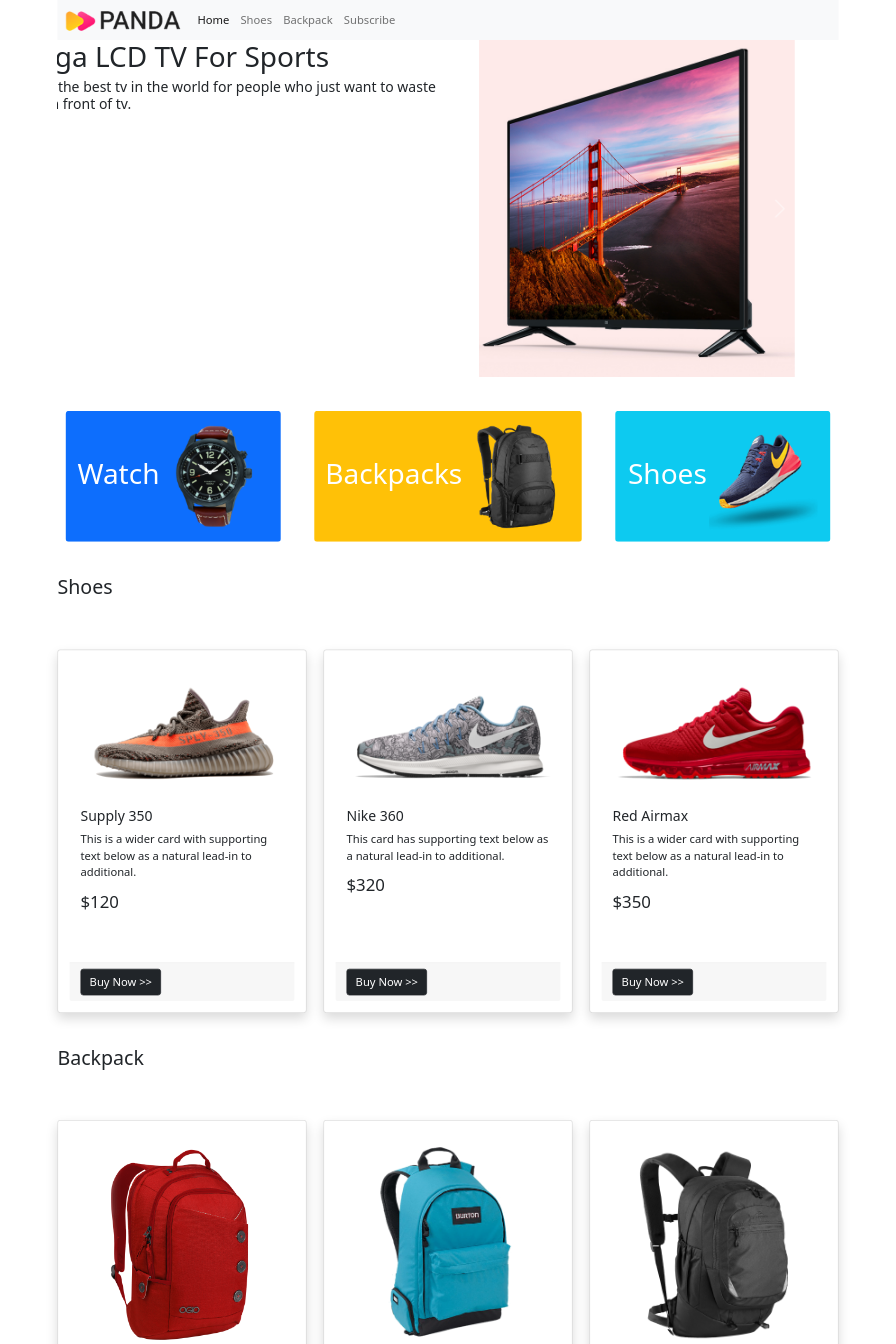
Repository: omarhasnain/panda-commerce-bootstrap
Page: index.html
An editor plug-in stored every save of this project. The page is shown before and after the next save, followed by the edit.
The browser window is 1280 px wide. The pictures show the part of the page from y = 0 to 1920 px (the page is 2624 px tall), at 70% of full size.

Above is the page before, as saved 2021-01-14 17:59:19.

After the next save:
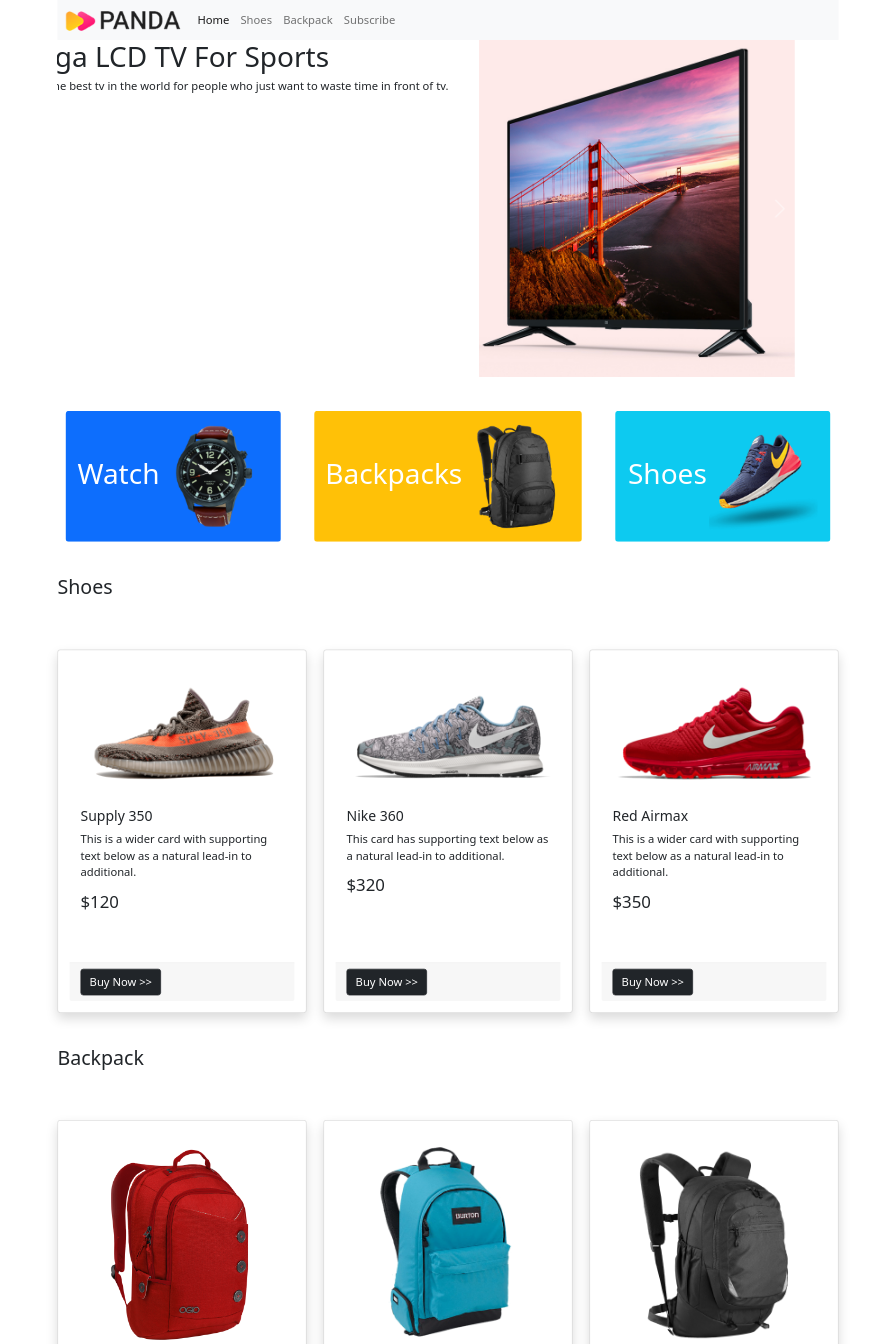
Saved 39 s later.
--- a/index.html
+++ b/index.html
@@ -32,7 +32,7 @@
                    <div class="row">
                        <div class="col-md-7">
                            <h1>Mega LCD TV For Sports</h1>
-                           <h5>This is the best tv in the world for people who just want to waste time in front of tv.</h5>
+                           <h6>This is the best tv in the world for people who just want to waste time in front of tv.</h6>
                        </div>
                        <div class="col-md-5">
                         <img src="images/banner-images/tv.png" class="d-block w-100" alt="...">
